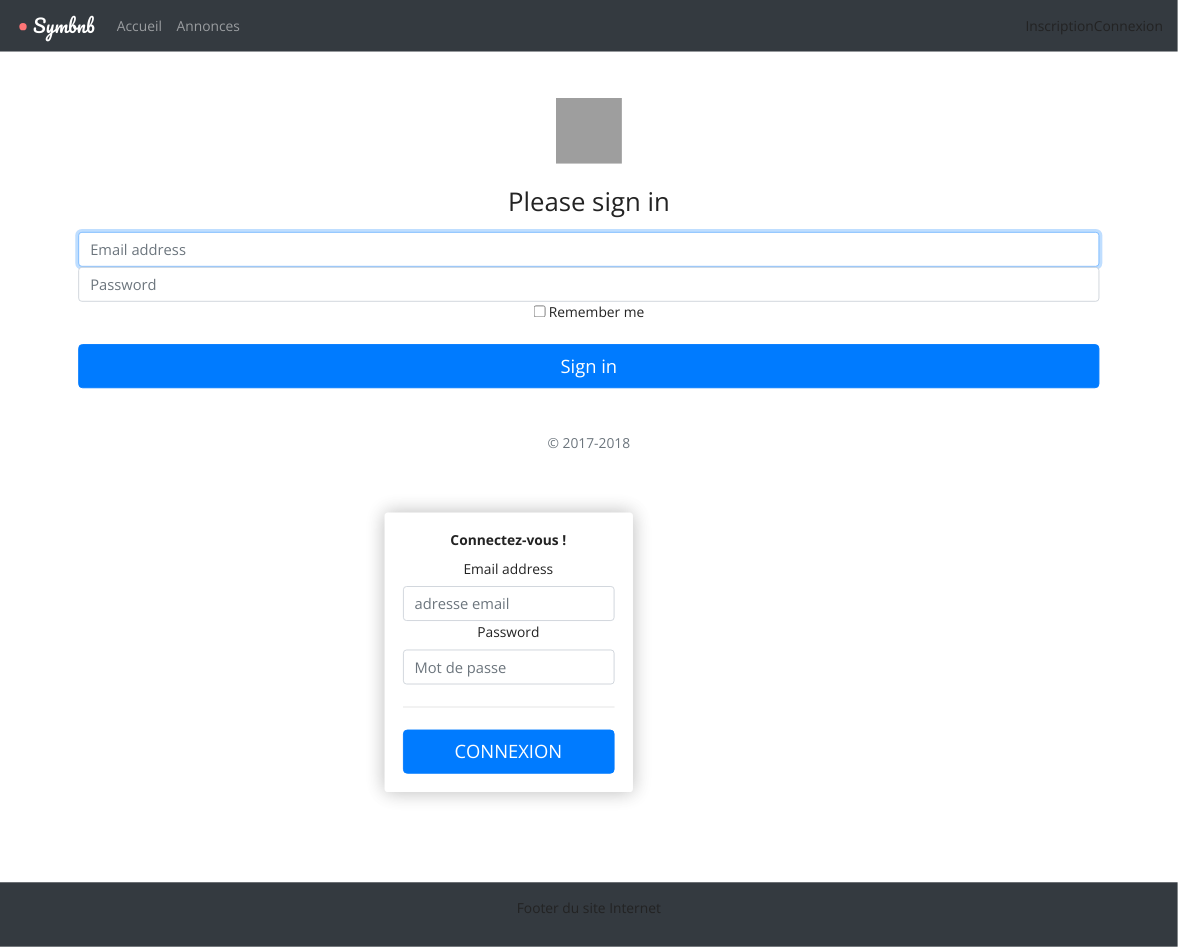
Repository: buzzEclair/symbnb
Page: templates/account/login.html.twig
The author's editor kept a copy of each file at every save. The page is drawn from the files as they stood at one save, then again after the next save.
The browser window is 1280 px wide. The pictures show the whole page, at 92% of full size.
Pictures or frames that could not be fetched are drawn as grey boxes. The page is a Twig template of a Symfony application; nobody is signed in and links lead nowhere. The template is opened directly, without the code that normally fills it, so the values that code supplies are empty.

Above is the page before, as saved 2019-03-15 14:05:06.

### templates/account/login.html.twig
{% extends 'base.html.twig' %}

{% block title %}Login!{% endblock %}

{% block body %}
<div class="container text-center">
        <form class="form-signin">
                <img class="mb-4" src="https://getbootstrap.com/docs/4.0/assets/brand/bootstrap-solid.svg" alt="" width="72" height="72">
                <h1 class="h3 mb-3 font-weight-normal">Please sign in</h1>
                <label for="inputEmail" class="sr-only">Email address</label>
                <input type="email" id="inputEmail" class="form-control" placeholder="Email address" required="" autofocus="">
                <label for="inputPassword" class="sr-only">Password</label>
                <input type="password" id="inputPassword" class="form-control" placeholder="Password" required="">
                <div class="checkbox mb-3">
                  <label>
                    <input type="checkbox" value="remember-me"> Remember me
                  </label>
                </div>
                <button class="btn btn-lg btn-primary btn-block" type="submit">Sign in</button>
                <p class="mt-5 mb-3 text-muted">© 2017-2018</p>
              </form>
    <div class="row">
        <div class="col-sm-9 col-md-7 col-lg-5 mx-auto">
            <div class="card card-signin my-5">
            <div class="card-body">
                <h5 class="card-title text-center">Connectez-vous !</h5>

                {% if hasError %}
                    <div class="alert alert-danger">Une erreur est survenue, le nom d'utilisateur est invalide</div>
                {% endif %}

                <form class="form-signin" action="{{ path('account_login') }}" method="POST">
                <div class="form-label-group">
                    <label for="email">Email address</label>

                    <input type="text" class="form-control" name="_username" id="email" placeholder="adresse email" required autofocus value={{username}}>
                </div>

                <div class="form-label-group">
                    <label for="password">Password</label>
                    <input type="password" name="_password" id="password" placeholder="Mot de passe" class="form-control" required >

                </div>

                <hr class="my-4">
                <button class="btn btn-lg btn-primary btn-block text-uppercase" type="submit">Connexion</button>
                </form>
            </div>
            </div>
        </div>
    </div>
</div>
{% endblock %}

### templates/base.html.twig
<!DOCTYPE html>
<html>
    <head>
        <meta charset="UTF-8">
        <title>{% block title %}Welcome!{% endblock %}</title>
        <link rel="stylesheet" href="/css/bootstrap.min.css">
        <link rel="stylesheet" href="https://use.fontawesome.com/releases/v5.7.2/css/all.css" integrity="sha384-fnmOCqbTlWIlj8LyTjo7mOUStjsKC4pOpQbqyi7RrhN7udi9RwhKkMHpvLbHG9Sr" crossorigin="anonymous">
        <link href="https://fonts.googleapis.com/css?family=Open+Sans:400,600,700" rel="stylesheet">
        <link href="https://fonts.googleapis.com/css?family=Pacifico" rel="stylesheet">

        <link rel="stylesheet" href="/css/base.css">
        {% block stylesheets %}{% endblock %}
    </head>
    <body>

        {% include 'partials/header.html.twig' %}


        {% block body %}{% endblock %}
        {% include 'partials/footer.html.twig' %}
        <script src="/js/jquery.min.js"></script>
        <script src="/js/popper.min.js"></script>
        <script src="/js/bootstrap.min.js"></script>
        {% block javascripts %}{% endblock %}
    </body>
</html>

### templates/partials/header.html.twig
<nav class="navbar navbar-expand-md navbar-dark bg-dark">
    <a class="navbar-brand logo" href="{{path('homepage')}}"><span class="round-logo"></span>Symbnb</a>


    {% if is_granted('ROLE_ADMIN') %}
    <a href="{{path('admin_dashboard')}}">Dashboard</a>
    {% endif %}
    <button class="navbar-toggler" type="button" data-toggle="collapse" data-target="#navbarColor01" aria-controls="navbarColor01" aria-expanded="false" aria-label="Toggle navigation">
        <span class="navbar-toggler-icon"></span>
    </button>

    <div class="collapse navbar-collapse" id="navbarColor01">
        <ul class="navbar-nav mr-auto">
            <li class="">
                <a class="nav-link" href="{{path('homepage')}}">Accueil </a>
            </li>
            <li class="">
                <a class="nav-link" href="{{path('ads_index')}}">Annonces </a>
            </li>
        </ul>

        <ul class="navbar-nav ml-auto">
            {% if app.user %}
            <div class="dropdown">
                <button class="btn btn-dark dropdown-toggle btn-sm" type="button" id="dropdownMenuButton" data-toggle="dropdown" aria-haspopup="true" aria-expanded="false">
                    <img src="{{ app.user.picture }}" alt="{{ app.user.slug }}" class="rounded-circle user-avatar-nav" > {{app.user.firstName}}
                </button>
                <div class="dropdown-menu dropdown-menu-right dropdown-account" aria-labelledby="dropdownMenuButton ">
                    <a class="dropdown-item" href="{{ path('account_index') }}"><i class="fas fa-user-circle"></i> Mon compte</a>
                    <div class="dropdown-divider"></div>
                    <a class="dropdown-item" href="{{ path('ads_create') }}"><i class="fas fa-list-alt"></i> Créer une annonce</a>
                    <a class="dropdown-item" href="{{ path('account_bookings') }}"><i class="fas fa-book"></i> Mes réservations</a>
                    <a class="dropdown-item" href="{{ path('account_profile') }}"><i class="fas fa-info-circle"></i> Modifier mes informations</a>
                    <a class="dropdown-item" href="{{ path('account_update_password') }}"><i class="fas fa-key"></i> Changer de mot de passe</a>

                    <div class="dropdown-divider"></div>
                    <a class="dropdown-item" href="{{ path('account_logout') }}"><i class="fas fa-times-circle"></i> Logout</a>
                </div>
            </div>
            {% else %}
                <li class="nav-item">
                    <a href="{{ path('account_register') }}">Inscription</a>
                </li>
                <li class="nav-item">
                    <a href="{{ path('account_login') }}">Connexion</a>
                </li>
            {% endif %}

        </ul>

    </div>
</nav>

{% for label, messages in app.flashes %}
    <div class="container">
        <div class="alert alert-{{label}}">
            {% for message in messages %}
                <p>{{ message | raw }}</p>
            {% endfor %}
        </div>
    </div>
{% endfor %}

### templates/partials/footer.html.twig
<footer class="mt-5 bg-dark py-3 text-center mt-5">
    <p>Footer du site Internet</p>
</footer>

### public/css/base.css
body, a{
    color: #232323;
    font-family: 'Open Sans', sans-serif;
    font-size: 15px;
}

.logo{
    font-family: 'Pacifico', cursive;
    font-size: 20px;
    position: relative;
    margin-left: 20px;
}

.logo::before{
    content: '';
    position: absolute;
    width: 8px;
    height: 8px;
    border-radius: 100%;
    background: #fe7576;
    margin-top: 12px;
    margin-left: -15px;;
}

ul{
    padding: 0;
}

ul li{
    list-style: none;
}
.card-parameter-stars i{
    color: #008489;
    font-size: 12px;
    letter-spacing: -3px;
}

.datepicker table tr td.disabled{
    color: crimson !important;
    background: rgba(0, 0, 0, 0.815);
}

.container{
    margin-top: 50px;
}

.card{
    max-width: 270px;
    border: none;
    margin-bottom: 50px !important;
    box-shadow: 1px 1px 21px 0 rgba(0,0,0,0.14), -1px -1px 21px 0 rgba(0,0,0,0.14);
    transition-duration: 0.5s;
}

.card h6{
   font-size: 13px;
   font-weight: 600;
}

.card h5{
   font-size: 15px;
   font-weight: 900;
}

.card-ad img{
    min-height: 160px;
}

.card:hover{
    box-shadow: 1px 1px 21px rgba(254,117,118,0.4), -1px -1px 21px 0 rgba(254,117,118,0.4);
}

.card-info-1{
    font-size: 13px;
}

.card-info-2{
    font-size: 13px;
    font-weight: 600;
    margin-bottom: 0;
}

a:hover{
    text-decoration: none;
    color: #232323;
}

.title-page-header{
    margin-bottom: 40px;
}

.user-avatar-nav{
    width: 30px;
    margin-right: 5px;
}

.dropdown-account i {
    color: #008489;
}

.block-profile{
    box-shadow: 1px 1px 21px 0 rgba(0, 0, 0, 0.062), -1px -1px 21px 0 rgba(0, 0, 0, 0.062);
    border-radius: 4px;
    padding: 10px;
    margin-bottom: 30px;
}

.block-profile p{
    margin-bottom: 5px;
}

.block-profile .booking-profile .booking-profile-ligne{
    background: #f3f3f3;
    height: 80px;
    width: 100%;
    border-radius: 4px;
    display: flex;
    align-items: center;
    margin-bottom: 5px;
    margin-top: 5px;
}

.block-profile .booking-profile .booking-profile-ligne img{
    width: 60px;
    height: 60px;
    border-radius: 100%;
}

.block-profile .booking-profile .booking-profile-ligne .info-booking-profile{
    font-size: 11px;
    display: flex;
    flex-direction: column;
}

.block-profile .booking-profile .booking-profile-ligne .info-booking-profile span{
    margin-left: 10px;
}

.block-profile .booking-profile .booking-profile-ligne .info-booking-profile a{
    font-size: 10px;
    background: #fe7576;
    color: white;
}

.block-profile .ad-profile a img{
    width: 100px;
    height: 100px;
    border-radius: 100%;

}
.block-profile .ad-profile p{
    font-size: 13px;
    color: #008489;
}

.profile-option li{
    margin-top: 20px;
    font-size: 12px;
}

.ad-content{
    margin-top: 50px;
}

.ad-info h5{
    font-size: 15px;
    font-weight: 600;
}

.ad-info h4{
    font-size: 25px;
    font-weight: 900;
}

.ad-info h6{
    font-size: 15px;
}

.img-ad{
    padding:0;
}

.img-ad img{
   width: 100%;
}

.card-booking{
    max-width: 100%;
}

.card-booking .img-ad-user{
    height: 45px;
    border-radius: 100%;
}

span.price-booking{
    font-size: 21px;
    font-weight: 900;
}

.card-booking-stars{
    font-size: 13px;
}
.card-booking-stars .param-booking-stars i{
    color: #008489;
    font-size: 10px;
    letter-spacing: -3px;
}

.card-parameter-vote{
    margin-left: 5px;
}

.btn-booking{
    display: block;
    background: #fe7576;
    height: 42px;
    width: 80%;
    color: white;
    text-align: center;
    line-height: 40px;
}

.btn-booking:hover{
    color: white;
}
.media-comment{
    margin-bottom: 20px;
}
.media-comment img{
    width: 64px;
}

.media-comment h5{
    font-size: 15px;
}

.media-comment i{
    font-size: 11px;
    letter-spacing: -3px;
    color: #008489;
}

.media-body{
    background: #c4dedf;
    padding: 5px;
    border-radius: 4px;
}

.card-ad{
    margin: 0 auto;
}

Loaded but not shown: public/css/bootstrap.min.css (library); public/js/jquery.min.js (library); public/js/popper.min.js (library); public/js/bootstrap.min.js (library)

After the next save:
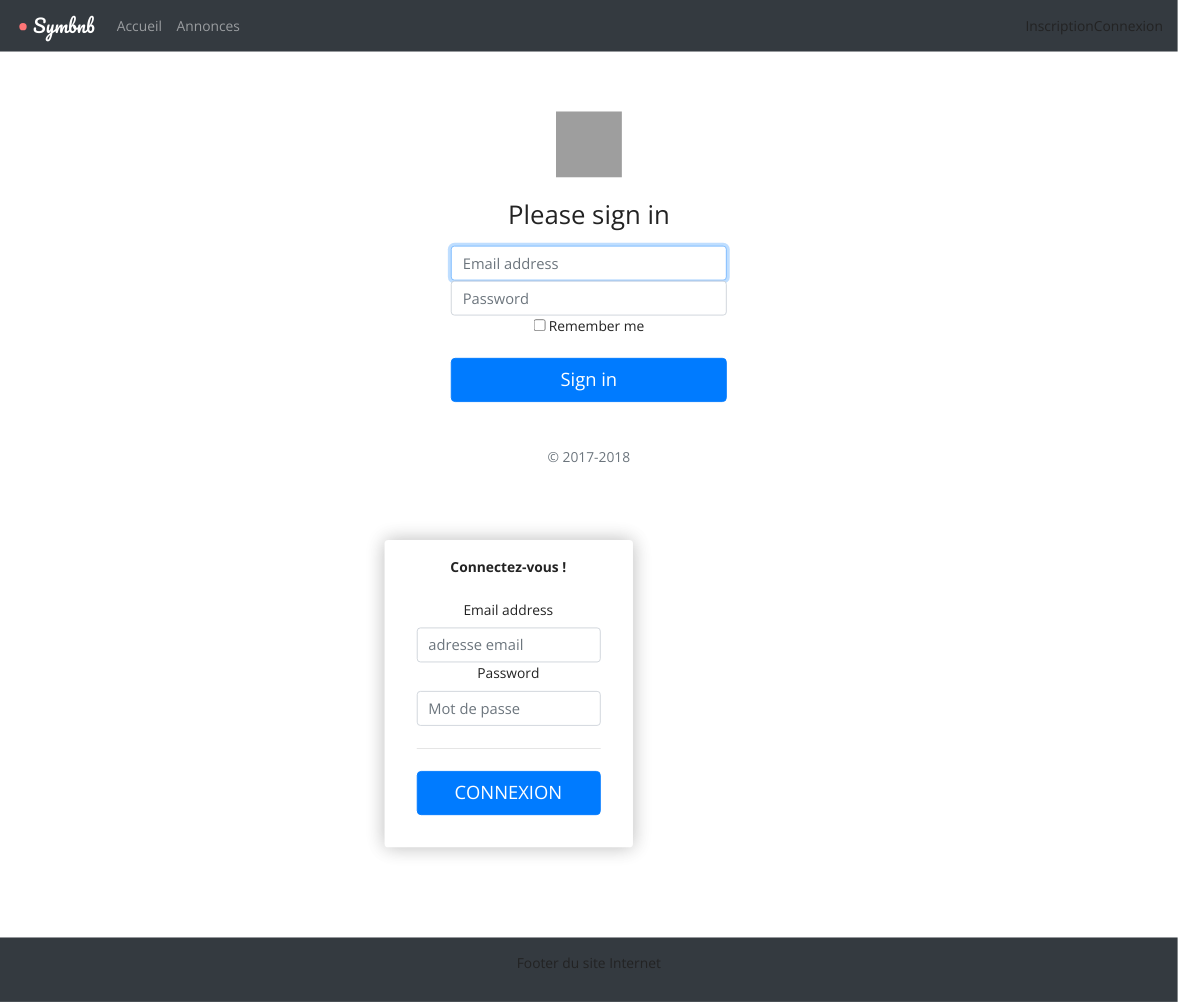
Saved 53 s later.
--- a/public/css/base.css
+++ b/public/css/base.css
@@ -250,3 +250,10 @@ span.price-booking{
 .card-ad{
     margin: 0 auto;
 }
+
+.form-signin {
+    width: 100%;
+    max-width: 330px;
+    padding: 15px;
+    margin: 0 auto;
+}
